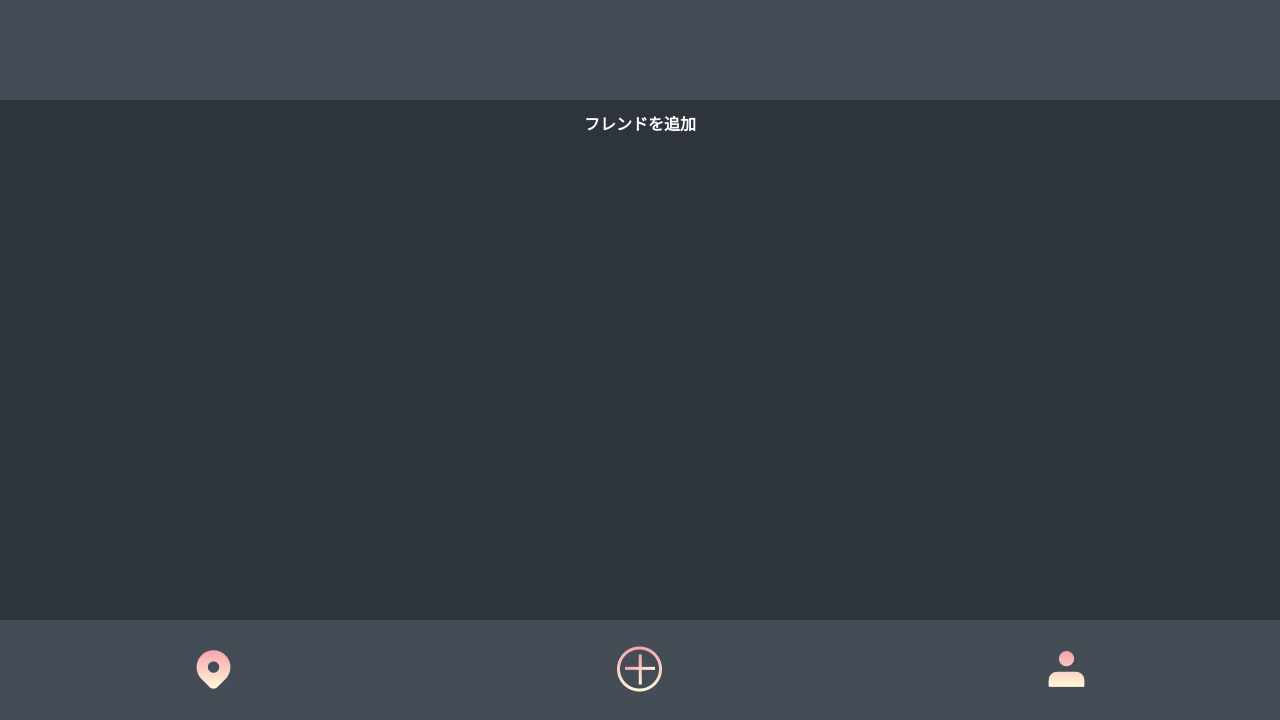
Repository: ren0714poo/respos
Page: addition.html
An editor plug-in stored every save of this project. The page is shown before and after the next save, followed by the edit.
The browser window is 1280 px wide. The pictures show the whole page.

Above is the page before, as saved 2025-07-17 14:34:35.

### addition.html
<!DOCTYPE html>
<html lang="ja">
<head>
  <meta charset="UTF-8">
  <meta name="viewport" content="width=device-width, initial-scale=1.0">
  <title>respos_addition</title>
  <link rel="stylesheet" href="css/addition.css">
</head>
<body>
  <header>
  </header>

  <main>
    <div class="addition">
      <h1>フレンドを追加</h1>
    </div>
  </main>

  <footer>
    <button type="button" id="pin" onclick="location.href='top.html'"><img src="img/tabler_map-pin-filled.png" alt="ピン"></button>
    <button type="button"><img src="img/post.png" alt="投稿"></button>
    <button type="button" id="profile" onclick="location.href='profile.html'"><img src="img/icon-park-solid_people.png" alt="プロフィール"></button>
  </footer>

</body>
</html>

### css/addition.css
@media screen and (max-width:480px){


}

html, body {
  color: white;
  background: #2D343C;
  height: 100%;
  margin: 0;
  padding: 0;
  display: grid;
  grid-template-rows: 100px calc(100vh - 200px) 100px;
  grid-template-areas:
  "header"
  "main"
  "footer"
  ;
}



header{
  width: 100%;
  height: 100px;
  background: #444C55;
  display: flex;
  grid-area: header;
}




main{
  grid-area: main;
}

.addition h1{
  color: #fefefe;
  font-size: 16px;
  text-align: center;
}









footer {
  background: #444C55;
  display: flex;
  justify-content: space-around;
  align-items: center;
}

footer button {
  background: transparent;
  border: none;
}

After the next save:
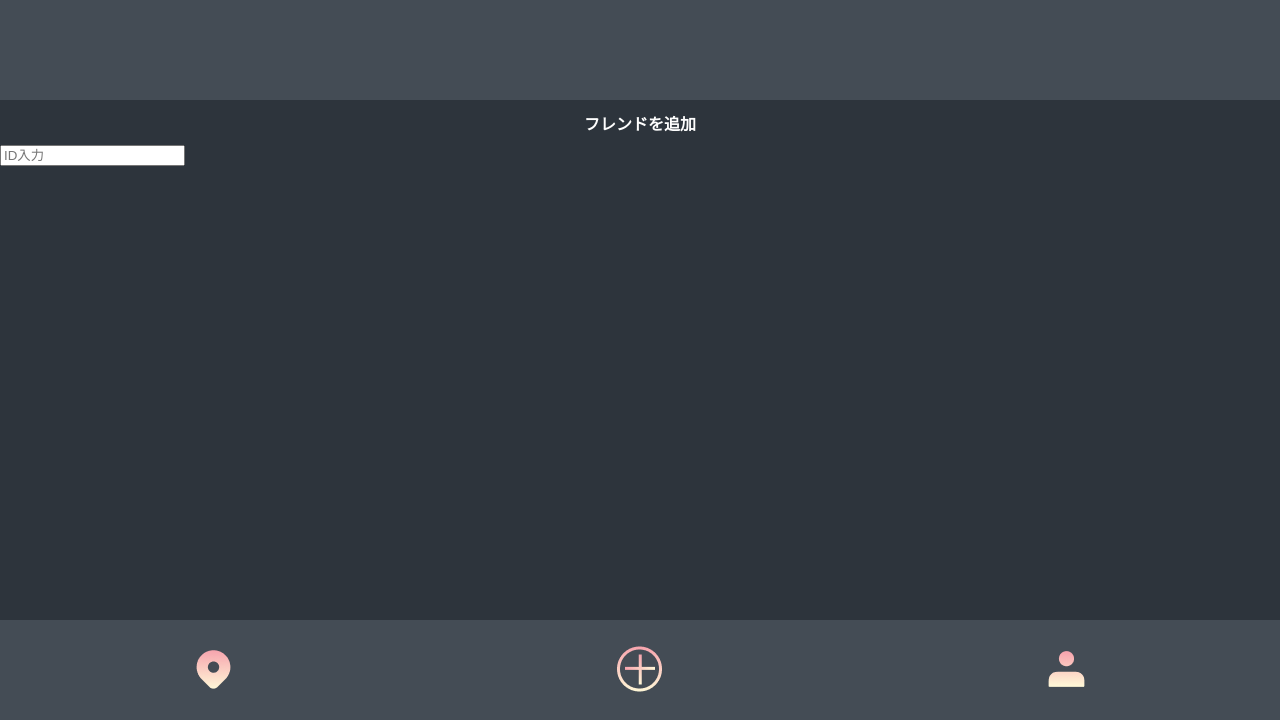
Saved 105 s later.
--- a/addition.html
+++ b/addition.html
@@ -13,6 +13,7 @@
   <main>
     <div class="addition">
       <h1>フレンドを追加</h1>
+      <input type="search" placeholder="ID入力">
     </div>
   </main>
 
